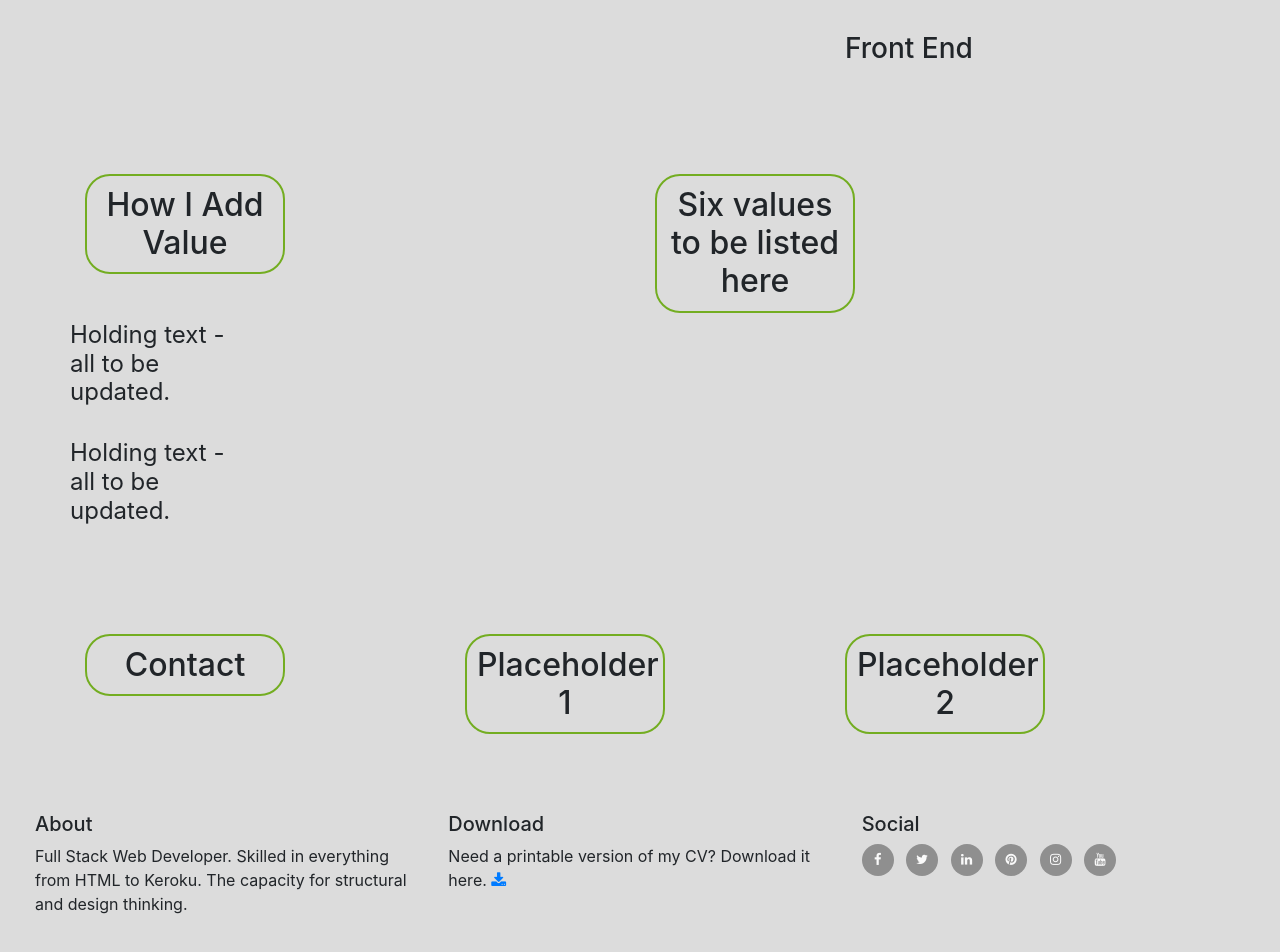
Repository: tenerim/first-milestone
Page: index.html
The author's editor kept a record of every edit. The page is drawn from the files as they stood at one moment, then again after the next edit.
The browser window is 1280 px wide. The pictures show the part of the page from y = 2066 to 3018 px (the page is 3018 px tall before and 2980 px after).
A picture or video elsewhere on the page could not be fetched, so the positions and the page height are approximate.

Above is the page before.

### index.html
<!DOCTYPE html>
<html lang="en">

<head>
    <meta charset="UTF-8">
    <meta name="viewport" content="width=device-width, initial-scale=1.0">
    <meta http-equiv="X-UA-Compatible" content="ie=edge">
    <link rel="stylesheet" href="https://stackpath.bootstrapcdn.com/bootstrap/4.3.1/css/bootstrap.min.css" type="text/css" />
    <link href="https://stackpath.bootstrapcdn.com/bootstrap/4.3.1/css/bootstrap.min.css" rel="stylesheet" integrity="sha384-ggOyR0iXCbMQv3Xipma34MD+dH/1fQ784/j6cY/iJTQUOhcWr7x9JvoRxT2MZw1T" crossorigin="anonymous">
    <link rel="stylesheet" href="https://stackpath.bootstrapcdn.com/font-awesome/4.7.0/css/font-awesome.min.css" type="text/css" />
    <link href="https://stackpath.bootstrapcdn.com/font-awesome/4.7.0/css/font-awesome.min.css" rel="stylesheet" integrity="sha384-wvfXpqpZZVQGK6TAh5PVlGOfQNHSoD2xbE+QkPxCAFlNEevoEH3Sl0sibVcOQVnN" crossorigin="anonymous">
    <link rel="stylesheet" href="assets/css/style.css" type="text/css" />
    <title>MT Milestone Project 1</title>

</head>

<body>
    <!-------------------------------------------------------------Intro Page -->
    <header id="welcome-page">

        <!-------------------------------------Navigation Bar------>

        <nav class="navbar navbar-expand-lg navbar-light bg-light">
            <a class="navbar-brand" href="#"></a>
            <button class="navbar-toggler" type="button" data-toggle="collapse" data-target="#navbarNav" aria-controls="navbarNav" aria-expanded="false" aria-label="Toggle navigation">
	    <span class="navbar-toggler-icon"></span>
	  </button>
            <div class="container">
                <div class="collapse navbar-collapse" id="navbarNav">
                    <ul class="navbar-nav .justify-content-center">
                        <li class="nav-item active">
                            <a class="nav-link" href="#">About Me <span class="sr-only">(current)</span></a>
                        </li>
                        <li class="nav-item">
                            <a class="nav-link" href="#">How I Got Here</a>
                        </li>
                        <li class="nav-item">
                            <a class="nav-link" href="#">How I Add Value</a>
                        </li>
                        <li class="nav-item">
                            <a class="nav-link" href="#">Contact</a>
                        </li>
                        <li class="nav-item">
                            <a class="nav-link disabled" href="#" tabindex="-1" aria-disabled="true"></a>
                        </li>
                    </ul>
                </div>
            </div>
        </nav>
        <!-------------------------------------Image and Text ----->

        <img src="images/city.jpg" alt="city" style="width:100%; height:auto;"></img>

        <div class="container-fluid">
            <div class="row">
                <div class="container">
                    <div class="text-right">
                        <h1 class="display-4">Michael Tenerife</h1>
                        <p class="lead">Full Stack Web Developer</p>
                    </div>
                </div>
            </div>
        </div>

    </header>

    <!-------------------------------------------------------------About Me Page -->

    <section id="about-me" ; class="splash" ;>

        <div class="container">
            <div class="row">
                <div class="col-sm-6">
                    <h2 class="headbox">About Me</h2>
                    <br />
                    <h3>What do I do?</h3>
                    <h5 class="font-weight-normal">I am experienced in sales and tech industry-focused client management. Transitioning into software development, I am a recent graduate of Code Institute working with front-end and back-end frameworks.</h5>
                    <br />
                    <h3>How do I do it?</h3>
                    <h5 class="font-weight-normal">I specialise in HTML, CSS, JavaScript, and Python languages, using Django and Flask frameworks. Passionate about creating a positive user experience, I enjoy working with and adapting to technologies as they develop.</h5>
                    <br />
                </div>
                <div class="col-sm-6">
                    <img src="images/guy-image.png" alt="city" style="width:100%; height:auto;"></img>
                </div>
            </div>
        </div>

    </section>

    <!-------------------------------------------------------------How I Got Here -->


    <Section>

        <div class="container">
            <div class="row">
                <div class="col-4">
                    <h2 class="headbox">How I Got Here</h2>
                    <br />
                </div>
            </div>
        </div>

        <div class="container">
            <div class="row">
                <div class="col-sm-4">
                    <h3>Work History</h3>
                </div>
                <div class="col-sm-4">
                    <h3>Qualifications</h3>
                </div>
                <div class="col-sm-4">
                    <h3>Back End</h3>
                    <br />
                    <h3>Front End</h3>
                </div>
            </div>
        </div>

    </Section>

    <!-------------------------------------------------------------How I Add Value -->

    <Section>

        <div class="container">
            <div class="row">
                <div class="col-6">
                    <h2 class="headbox">How I Add Value</h2>
                </div>

                <div class="col-6">
                    <h2 class="headbox">Six values to be listed here</h2>
                </div>

                <div class="row">
                    <div class="col-6">
                        <h4 class="font-weight-normal">Holding text - all to be updated.</h4>
                        <br />
                        <h4 class="font-weight-normal">Holding text - all to be updated.</h4>
                    </div>
                </div>

            </div>

    </Section>

    <!-------------------------------------------------------------Contact -->

    <Section>

        <div class="container">
            <div class="row">
                <div class="col">
                    <h2 class="headbox">Contact</h2>
                </div>
                <div class="col">
                    <h2 class="headbox">Placeholder 1</h2>
                </div>
                <div class="col">
                    <h2 class="headbox">Placeholder 2</h2>
                </div>
            </div>
        </div>

    </Section>

    <!-------------------------------------------------------------Footer -->


    <footer class="container-fluid">
        <div id="footer-details" class="row">
            <div class="col-sm-4">
                <h5 class="uppercase general-sub">About</h5>
                <p class "inline-block">
                    Full Stack Web Developer. Skilled in everything from HTML to Keroku. The capacity for structural and design thinking.</p>
            </div>
            <div class="col-sm-4">
                <h5 class="uppercase general-sub">Download</h5>
                <p class "inline-block">
                    Need a printable version of my CV? Download it here.
                    <a href="assets/CV/sample-cv.pdf" target="_blank" class="cv-pdf">
                <i class="fa fa-download" aria-hidden="true"></i>
                <span class="sr-only">Download link.</span>
            </a>
                </p>
            </div>
            <div class="col-sm-4">
                <h5 class="uppercase general-sub">Social</h5>
                <ul class="list-inline social-links">
                    <li class="list-inline-item">
                        <a target="_blank" href="#">
                            <i class="fa fa-facebook" aria-hidden="true"></i>
                            <span class="sr-only">Facebook</span>
                        </a>
                    </li>
                    <li class="list-inline-item">
                        <a target="_blank" href="#">
                            <i class="fa fa-twitter" aria-hidden="true"></i>
                            <span class="sr-only">twitter</span>
                        </a>
                    </li>
                    <li class="list-inline-item">
                        <a target="_blank" href="#">
                            <i class="fa fa-linkedin" aria-hidden="true"></i>
                            <span class="sr-only">LinkedIn</span>
                        </a>
                    </li>
                    </li>
                    <li class="list-inline-item">
                        <a target="_blank" href="#">
                            <i class="fa fa-pinterest" aria-hidden="true"></i>
                            <span class="sr-only">Pinterest</span>
                        </a>
                    </li>
                    </li>
                    <li class="list-inline-item">
                        <a target="_blank" href="#">
                            <i class="fa fa-instagram" aria-hidden="true"></i>
                            <span class="sr-only">Instagram</span>
                        </a>
                    </li>
                    </li>
                    <li class="list-inline-item">
                        <a target="_blank" href="#">
                            <i class="fa fa-youtube" aria-hidden="true"></i>
                            <span class="sr-only">YouTube</span>
                        </a>
                    </li>
                </ul>
            </div>
        </div>



    </footer>

</body>

</html>

### assets/css/style.css
.container-fluid {
    background-color: rgb(220, 220, 220);
}

section {
        background-color: rgb(220, 220, 220);
        padding-top: 50px;
        padding-bottom: 50px;
}

.splash {
       background-color: rgb(220, 220, 220);
}


.display-4 {
    padding-top: 50px;
}


.lead {
    padding-bottom: 50px;
}


.headbox {
    border-radius: 25px;
    border: 2px solid #73AD21;
    padding: 10px;
    text-align: center;
    width: 200px;

}



/*--------------------------------------Footer-----*/

.social-links {
    padding-bottom: 15px;
}

.social-links li a i {
    width: 32px;
    height: 32px;
    padding: 12px 0;
    border-radius: 50%;
    font-size: 13px;
    line-height: 7px;
    text-align: center;
    color: #fafafa;
    background: #8f8f8f;
    transition: all 0.35s ease-in-out;
    -moz-transition: all 0.35s ease-in-out;
    -webkit-transition: all 0.35s ease-in-out;
    -o-transition: all 0.35s ease-in-out;
}

.social-links li a i:hover {
    background: #e84610;
}

#footer-details {
    padding: 20px;
}

After the next edit:
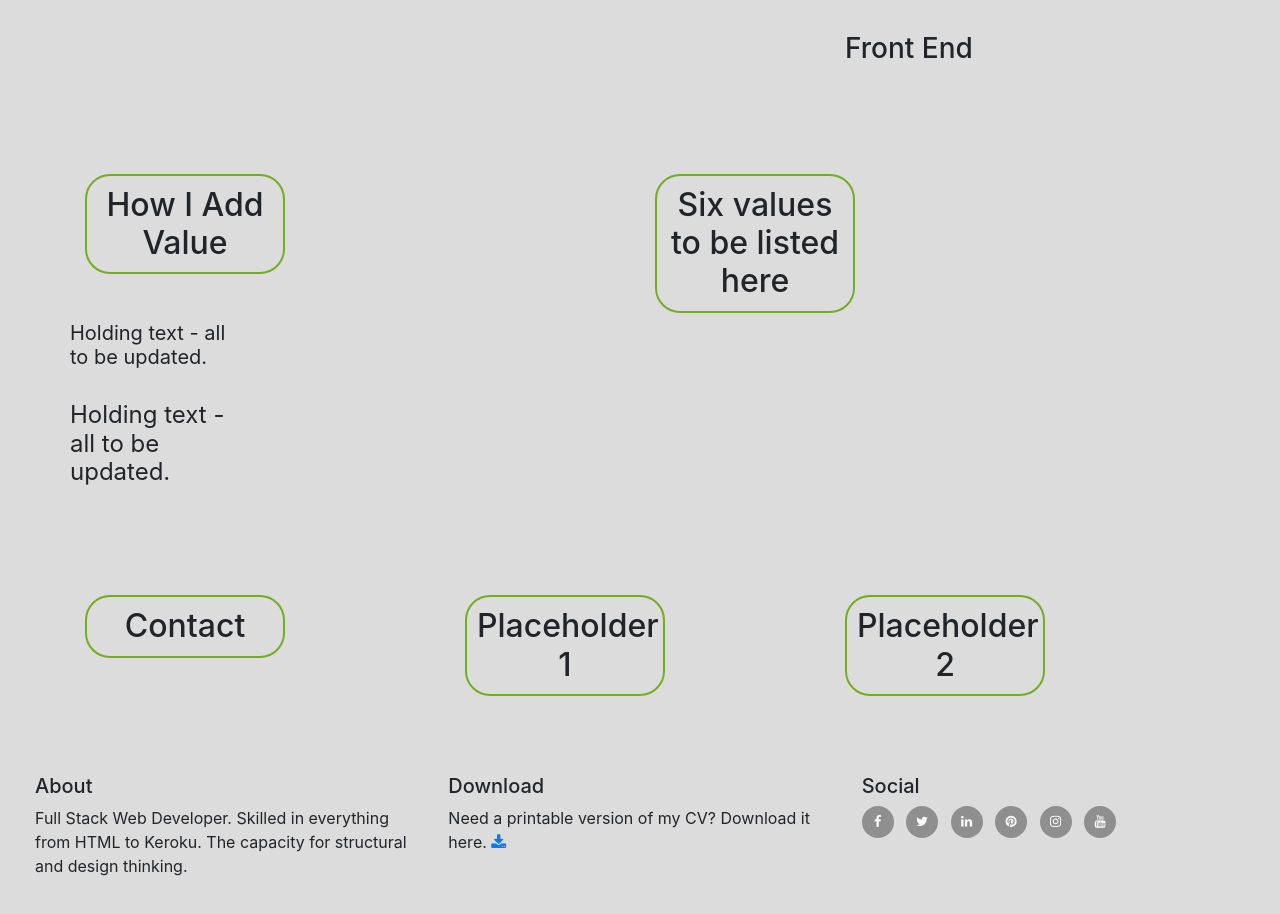
The edit:
--- a/index.html
+++ b/index.html
@@ -136,7 +136,7 @@
 
                 <div class="row">
                     <div class="col-6">
-                        <h4 class="font-weight-normal">Holding text - all to be updated.</h4>
+                        <h5 class="font-weight-normal">Holding text - all to be updated.</h5>
                         <br />
                         <h4 class="font-weight-normal">Holding text - all to be updated.</h4>
                     </div>
